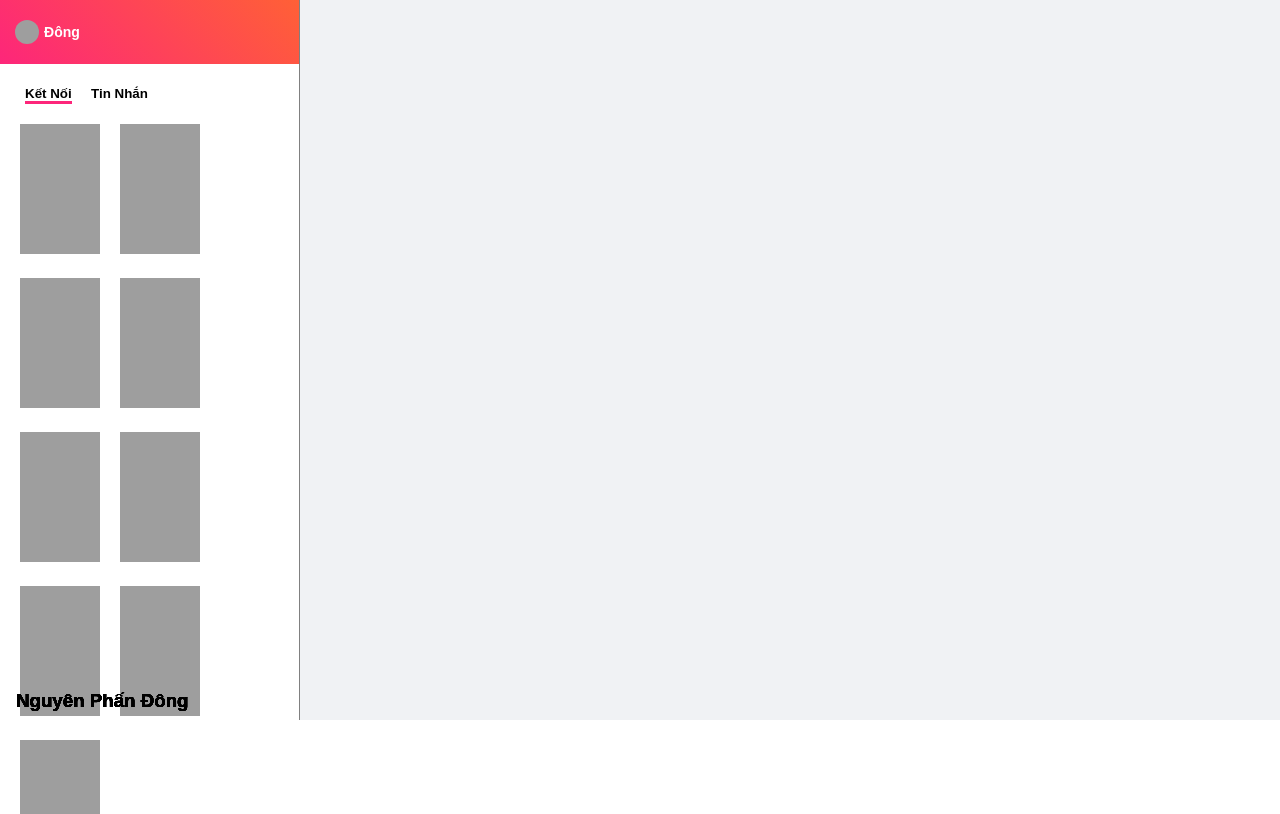
Repository: conquy2002/T2009A
Page: Project RobinTinder/website/index.html
The author's editor kept a copy of each file at every save. The page is drawn from the files as they stood at one save, then again after the next save.
The browser window is 1280 px wide. The pictures show the whole page.
Pictures or frames that could not be fetched are drawn as grey boxes.

Above is the page before, as saved 2022-01-07 09:48:06.

### Project RobinTinder/website/index.html
<!DOCTYPE html>
<html lang="en">
<head>
    <meta charset="UTF-8">
    <meta http-equiv="X-UA-Compatible" content="IE=edge">
    <meta name="viewport" content="width=device-width, initial-scale=1.0">
    <title>Robin Hẹn hò</title>
    <link rel="stylesheet" href="./css/style.css" />
</head>
<body>
    <div class="main">
        <aside class="nav">
            <div class="nav__header">
                <div class="nav__hearder--profile">
                    <a href="#">
                        <img src = "https://scontent.fhph1-3.fna.fbcdn.net/v/t1.6435-1/c1.64.198.199a/p200x200/141433767_1108249559690088_990288042436184426_n.jpg?_nc_cat=107&ccb=1-5&_nc_sid=7206a8&_nc_ohc=5yxEM9Iimv0AX_4k7Ox&_nc_ht=scontent.fhph1-3.fna&oh=00_AT-vqYdzU7_RG4YwBws_REoHUQ_G1kzl29AkfIijrbwnXg&oe=61FCEA38">
                        <h3>Đông</h3>
                    </a>
                </div>
                <div class="nav__header--contact"></div>
            </div>
            <div class="nav__qc"></div>
            <div class="nav_content">
                <div class="nav_content-button">
                    <button type="button" class="nav-button nav-active" data-value = "ket_noi"><spam>Kết Nối</spam></button>
                    <button type="button" class="nav-button" data-value = "tin_nhan"><spam>Tin Nhắn</spam></button>
                </div>
                <div class="nav__content-main" id = "js_nav_content_main"></div>
            </div>
        </aside>
        <div class="content"></div>
    </div>
</body>
<script  type="text/javascript" src ="./js/main.js" ></script>
</html>

### Project RobinTinder/website/css/style.css
*{
    margin: 0;
    padding: 0;
    box-sizing: border-box;
}
body{
    font-family: sans-serif,Helvetica,Arial;
    overflow: hidden;
}
a{
    text-decoration: none;
}
.main{
    background-color: #f0f2f4;
    height: 100vh;
    width: 100%;
    display: flex;
}
.nav{
    flex-basis: 300px;
    height: 100%;
    border-right: .1px solid gray;
}
.nav__header{
    background: linear-gradient(
45deg,#fd267a,#ff6036);
    background-image: linear-gradient(
45deg, rgb(253, 38, 122), rgb(255, 96, 54));
    width: 100%;
    display: flex;
    overflow: hidden;
}
.nav__hearder--profile{
    padding: 15px 10px;
}
.nav__hearder--profile a{
    display: flex;
    padding: 5px;
    align-items: center;
    color: #fff;
    font-size: 12px;
    flex-basis: 25%;
    cursor: pointer;
}
.nav__hearder--profile img{
    height: 1.5rem;
    width: 1.5rem;
    border-radius: 50%;
    margin-right: 5px;
}
.nav__hearder--profile a:hover{
    background-color: rgba(0,0,0,.32)!important;
    border-radius: 36px;
}
.nav_content{
    background-color: #fff;
    padding: 10px;
    height: 100%;
}
.nav_content-button{
    padding: 10px;
}
.nav-button{
    border: none;
    background-color: #fff;
    font-weight: bold;
    cursor: pointer;
    margin-right: 10px;
    margin-left: 5px;
}
.nav-active{
    border-bottom: 3px solid #fd267a;
}
.nav__content-main{
    overflow: scroll;
    height: 100%;
    width: 100%;
    display: flex;
    flex-wrap: wrap;
}
.nav__content-main  .connection img{
    width: 80px;
    height: 130px;
    object-fit: cover;
    margin: 10px;
}
.nav__content-main .connection .connection_span{
    position: absolute;
    bottom: 8px;
    left: 16px;
}
.nav__content-main .connection .connection_span h3{

}
.content{

}

### Project RobinTinder/website/js/main.js
var ket_noi = [
    {
        img: "https://scontent.fhph1-3.fna.fbcdn.net/v/t1.6435-1/c1.64.198.199a/p200x200/141433767_1108249559690088_990288042436184426_n.jpg?_nc_cat=107&ccb=1-5&_nc_sid=7206a8&_nc_ohc=5yxEM9Iimv0AX_4k7Ox&_nc_ht=scontent.fhph1-3.fna&oh=00_AT-vqYdzU7_RG4YwBws_REoHUQ_G1kzl29AkfIijrbwnXg&oe=61FCEA38",
        name: "Nguyên Phấn Đông"
    }, {
        img: "https://scontent.fhph1-3.fna.fbcdn.net/v/t1.6435-1/c1.64.198.199a/p200x200/141433767_1108249559690088_990288042436184426_n.jpg?_nc_cat=107&ccb=1-5&_nc_sid=7206a8&_nc_ohc=5yxEM9Iimv0AX_4k7Ox&_nc_ht=scontent.fhph1-3.fna&oh=00_AT-vqYdzU7_RG4YwBws_REoHUQ_G1kzl29AkfIijrbwnXg&oe=61FCEA38",
        name: "Nguyên Phấn Đông"
    }, {
        img: "https://scontent.fhph1-3.fna.fbcdn.net/v/t1.6435-1/c1.64.198.199a/p200x200/141433767_1108249559690088_990288042436184426_n.jpg?_nc_cat=107&ccb=1-5&_nc_sid=7206a8&_nc_ohc=5yxEM9Iimv0AX_4k7Ox&_nc_ht=scontent.fhph1-3.fna&oh=00_AT-vqYdzU7_RG4YwBws_REoHUQ_G1kzl29AkfIijrbwnXg&oe=61FCEA38",
        name: "Nguyên Phấn Đông"
    }, {
        img: "https://scontent.fhph1-3.fna.fbcdn.net/v/t1.6435-1/c1.64.198.199a/p200x200/141433767_1108249559690088_990288042436184426_n.jpg?_nc_cat=107&ccb=1-5&_nc_sid=7206a8&_nc_ohc=5yxEM9Iimv0AX_4k7Ox&_nc_ht=scontent.fhph1-3.fna&oh=00_AT-vqYdzU7_RG4YwBws_REoHUQ_G1kzl29AkfIijrbwnXg&oe=61FCEA38",
        name: "Nguyên Phấn Đông"
    }, {
        img: "https://scontent.fhph1-3.fna.fbcdn.net/v/t1.6435-1/c1.64.198.199a/p200x200/141433767_1108249559690088_990288042436184426_n.jpg?_nc_cat=107&ccb=1-5&_nc_sid=7206a8&_nc_ohc=5yxEM9Iimv0AX_4k7Ox&_nc_ht=scontent.fhph1-3.fna&oh=00_AT-vqYdzU7_RG4YwBws_REoHUQ_G1kzl29AkfIijrbwnXg&oe=61FCEA38",
        name: "Nguyên Phấn Đông"
    }, {
        img: "https://scontent.fhph1-3.fna.fbcdn.net/v/t1.6435-1/c1.64.198.199a/p200x200/141433767_1108249559690088_990288042436184426_n.jpg?_nc_cat=107&ccb=1-5&_nc_sid=7206a8&_nc_ohc=5yxEM9Iimv0AX_4k7Ox&_nc_ht=scontent.fhph1-3.fna&oh=00_AT-vqYdzU7_RG4YwBws_REoHUQ_G1kzl29AkfIijrbwnXg&oe=61FCEA38",
        name: "Nguyên Phấn Đông"
    }, {
        img: "https://scontent.fhph1-3.fna.fbcdn.net/v/t1.6435-1/c1.64.198.199a/p200x200/141433767_1108249559690088_990288042436184426_n.jpg?_nc_cat=107&ccb=1-5&_nc_sid=7206a8&_nc_ohc=5yxEM9Iimv0AX_4k7Ox&_nc_ht=scontent.fhph1-3.fna&oh=00_AT-vqYdzU7_RG4YwBws_REoHUQ_G1kzl29AkfIijrbwnXg&oe=61FCEA38",
        name: "Nguyên Phấn Đông"
    }, {
        img: "https://scontent.fhph1-3.fna.fbcdn.net/v/t1.6435-1/c1.64.198.199a/p200x200/141433767_1108249559690088_990288042436184426_n.jpg?_nc_cat=107&ccb=1-5&_nc_sid=7206a8&_nc_ohc=5yxEM9Iimv0AX_4k7Ox&_nc_ht=scontent.fhph1-3.fna&oh=00_AT-vqYdzU7_RG4YwBws_REoHUQ_G1kzl29AkfIijrbwnXg&oe=61FCEA38",
        name: "Nguyên Phấn Đông"
    }, {
        img: "https://scontent.fhph1-3.fna.fbcdn.net/v/t1.6435-1/c1.64.198.199a/p200x200/141433767_1108249559690088_990288042436184426_n.jpg?_nc_cat=107&ccb=1-5&_nc_sid=7206a8&_nc_ohc=5yxEM9Iimv0AX_4k7Ox&_nc_ht=scontent.fhph1-3.fna&oh=00_AT-vqYdzU7_RG4YwBws_REoHUQ_G1kzl29AkfIijrbwnXg&oe=61FCEA38",
        name: "Nguyên Phấn Đông"
    }
]
const $ = document.querySelector.bind(document);
const $$ = document.querySelectorAll.bind(document);

window.onload = () => {
    ket_noi.forEach( a => {
        $("#js_nav_content_main").innerHTML += `
        <div class = "connection">
            <img src ="${a.img}"/>
            <span class = "connection_span"><h3>${a.name}</h3></span>
        </div>
        `
    })

}

After the next save:
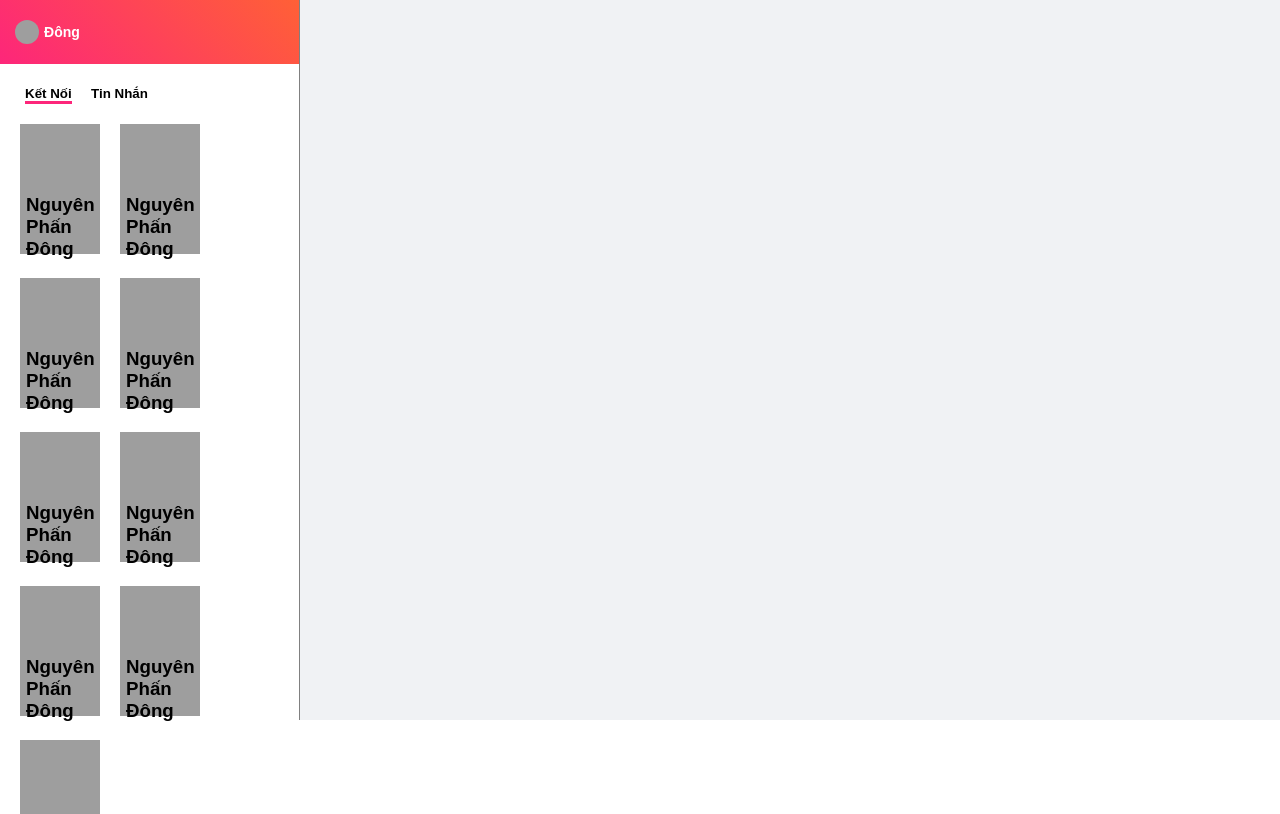
Saved 48 s later.
--- a/Project RobinTinder/website/css/style.css
+++ b/Project RobinTinder/website/css/style.css
@@ -78,6 +78,9 @@
     display: flex;
     flex-wrap: wrap;
 }
+.nav__content-main  .connection{
+     position: relative;
+}
 .nav__content-main  .connection img{
     width: 80px;
     height: 130px;
